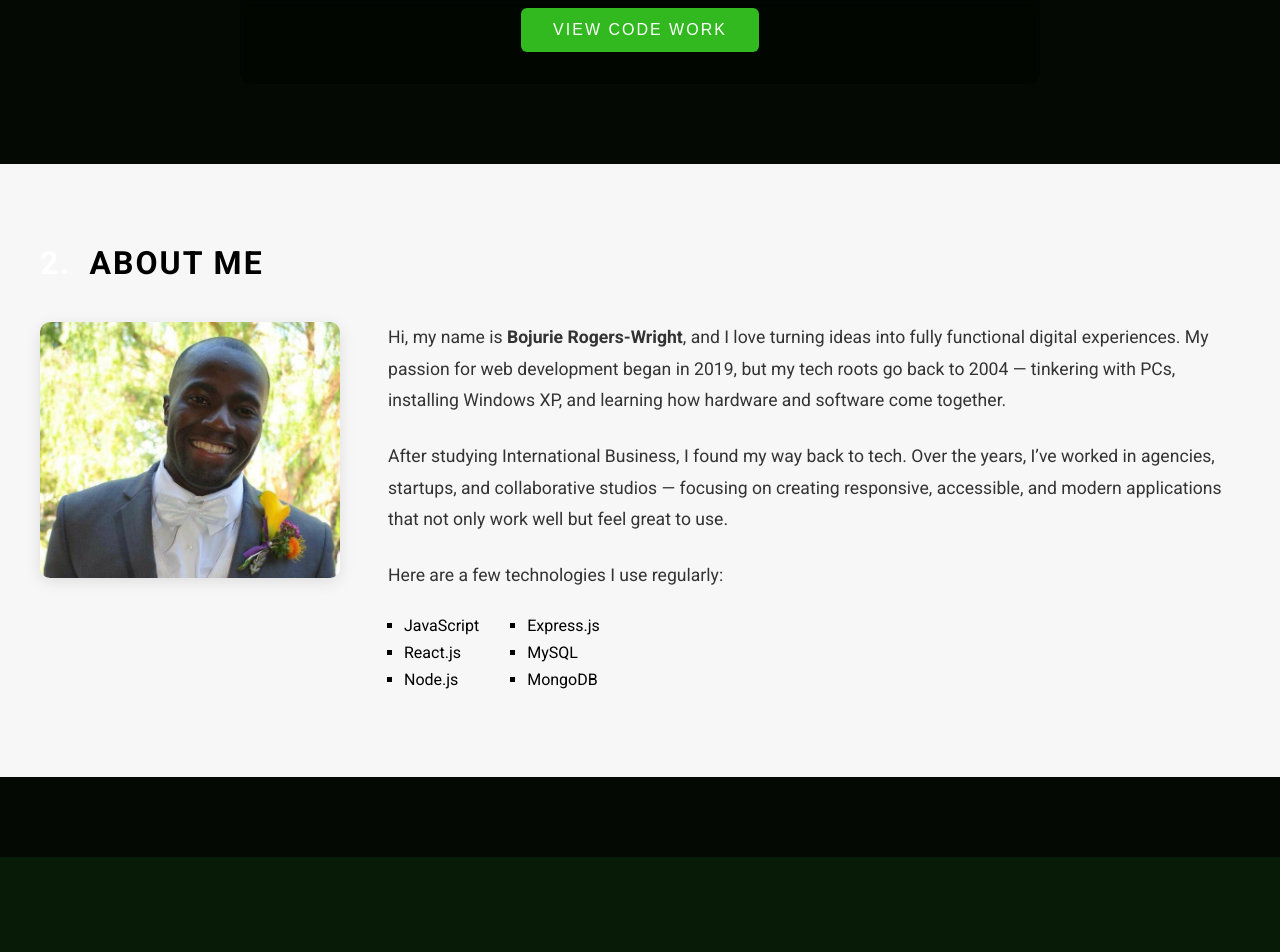
Repository: Bojurie/Portfolio_2022
Page: /
An editor plug-in stored every save of this project. The page is shown before and after the next save, followed by the edit.
The browser window is 1280 px wide. The pictures show the part of the page from y = 346 to 1298 px (the page is 3229 px tall before and 3399 px after).
Pictures or frames that could not be fetched are drawn as grey boxes. The project was rebuilt for these pictures with package versions that can differ from the ones it lists, and the page was loaded fresh each time. Also part of the build but not shown: src/component/pages/Resume.css, src/component/pages/Resume.js. Imported but missing from the stored project, and not drawn on this page: src/component/Resume.pdf, src/component/images/video.mp4, src/component/videos/Screen Recording 2022-04-01 at 8.22.57 PM.mov, src/component/videos/Screen Recording 2022-04-01 at 8.23.25 PM.mov, src/component/videos/Screen Recording 2022-04-01 at 8.25.20 PM.mov, src/component/videos/Screen Recording 2022-04-01 at 8.27.28 PM.mov, src/component/videos/Screen Recording 2022-04-01 at 8.28.35 PM.mov, src/component/videos/Screen Recording 2022-04-01 at 8.30.37 PM.mov and 3 more.

Above is the page before, as saved 2025-04-21 02:01:39.

### public/index.html
<!DOCTYPE html>
<html lang="en">
  <head>
    <meta charset="utf-8" />
    <link rel="icon" href="%PUBLIC_URL%/favicon.ico" />
    <meta name="viewport" content="width=device-width, initial-scale=1" />
    <meta name="theme-color" content="#000000" />
    <meta
      name="description"
      content="Web site created using create-react-app"
    />
    <link rel="apple-touch-icon" href="%PUBLIC_URL%/logo192.png" />


    <link rel="manifest" href="%PUBLIC_URL%/manifest.json" />
    <!--
      Notice the use of %PUBLIC_URL% in the tags above.
      It will be replaced with the URL of the `public` folder during the build.
      Only files inside the `public` folder can be referenced from the HTML.

      Unlike "/favicon.ico" or "favicon.ico", "%PUBLIC_URL%/favicon.ico" will
      work correctly both with client-side routing and a non-root public URL.
      Learn how to configure a non-root public URL by running `npm run build`.
    -->
    <title>Bojurie Rogers-Wright | | Tech</title>
     <link rel="shortcut icon" href="%PUBLIC_URL%/favicon.ico">
    <link rel="apple-touch-icon" sizes="180x180" href="/apple-touch-icon.png">
    <link rel="icon" type="image/png" sizes="32x32" href="/favicon-32x32.png">
    <link rel="icon" type="image/png" sizes="16x16" href="/favicon-16x16.png">
    <link rel="manifest" href="/site.webmanifest">


    <link rel="preconnect" href="https://fonts.googleapis.com">
    <link rel="preconnect" href="https://fonts.gstatic.com" crossorigin>
    <link href="https://fonts.googleapis.com/css2?family=Montserrat:ital,wght@0,100;0,200;0,300;0,400;0,500;0,600;0,700;0,800;0,900;1,100;1,200;1,300;1,400;1,500;1,600;1,700;1,800;1,900&family=Roboto:ital,wght@0,300;0,400;0,500;0,700;1,300&display=swap" rel="stylesheet">
  </head>
  <body>
    <noscript>You need to enable JavaScript to run this app.</noscript>
    <div id="root"></div>

   <script>

   </script>
  </body>
</html>

### src/index.js
import React from 'react';
import ReactDOM from 'react-dom';
import App from './App'

ReactDOM.render(
  <React.StrictMode>
      <App />
  </React.StrictMode>,
  document.getElementById("root"))

### src/component/pages/Home.js
import React from "react";
import Hero from "../Hero";
import About from "./About";
import Project from "./Project";
import Contact from "./Contact";
import "./Home.css";

const Home = () => {
  return (
    <main className="home">
      <Hero />
      <About />
      <Project />
      <Contact />
    </main>
  );
};

export default Home;

### src/component/pages/About.js
import React from "react";
import "./About.css";
import image from "../images/IMG_0699-2.jpg";

const About = () => {
  return (
    <section className="about-section">
      <div className="about-container">
        <h1 className="about-title">
          <span className="highlighted">2.</span> About Me
        </h1>

        <div className="about-content">
          <div className="about-image">
            <img src={image} alt="Bojurie Rogers-Wright profile" />
          </div>

          <div className="about-text">
            <p>
              Hi, my name is <strong>Bojurie Rogers-Wright</strong>, and I love
              turning ideas into fully functional digital experiences. My
              passion for web development began in 2019, but my tech roots go
              back to 2004 — tinkering with PCs, installing Windows XP, and
              learning how hardware and software come together.
            </p>

            <p>
              After studying International Business, I found my way back to
              tech. Over the years, I’ve worked in agencies, startups, and
              collaborative studios — focusing on creating responsive,
              accessible, and modern applications that not only work well but
              feel great to use.
            </p>

            <p>Here are a few technologies I use regularly:</p>

            <div className="about-skills">
              <ul>
                <li>JavaScript</li>
                <li>React.js</li>
                <li>Node.js</li>
              </ul>
              <ul>
                <li>Express.js</li>
                <li>MySQL</li>
                <li>MongoDB</li>
              </ul>
            </div>
          </div>
        </div>
      </div>
    </section>
  );
};

export default About;

### src/component/Header.js
import React from "react";
import Navbar from "./Navbar";
import "./Header.css";

const Header = () => {
  return (
    <header className="header">
      <Navbar />
    </header>
  );
};

export default Header;

### src/component/pages/Footer.js
import React from 'react'
// import Copyright from '../../Copyright';
import SocialFollow from '../../SocialFollow';

import './Footer.css'

const Footer = () => {
  return (
    <>
      <div className='footer'>
        <div className='container'>
          <div className='footer-wrapper'>
              <div>
                <SocialFollow />
              </div>
              {/* <Copyright /> */}
          </div>
        </div>
      </div>
    </>
  )
}

export default Footer

### src/App.css
* {
  margin: 0;
  padding: 0;
  box-sizing: border-box;
}

body {
  font-family: 'Roboto', sans-serif;
  background-color: rgb(4, 10, 3);
}

.container {
  padding: 0 60px;
}

h1 {
  text-transform: uppercase;
  letter-spacing: 2px;
  font-size: 30px;
  text-align: center;
}

/* hr {
  width: 140px;
  background-color: black;
} */

.navBar {
  position: relative;
}

.navBar button {
  position: fixed;
  left: 40px;
  top: 40px;
  z-index: 10;
  cursor: pointer;
}

.menuNav {
  overflow-y: scroll;
  list-style: none;
  position: fixed;
  top: 0;
  background-image: linear-gradient(rgb(8, 27, 6), rgb(50, 185, 32));
  left: 0;
  bottom: 0;
  height: 100vh;
  width: 0;
  overflow: hidden;
  max-width: 290px;
  z-index: 9;
}

.menuNav.showMenu {
  width: 100%;
}

a {
  display: flex;
  padding: 30px;
  text-decoration: none;
  text-transform: uppercase;
  font-weight: bold;
}

.menuNav li:first-child {
  margin-top: 7rem;
}

@media screen and (max-width: 414px) {}

### src/component/Hero.js
import React from "react";
import "./Hero.css";
import backgroundVideo from "./images/video.mp4";
import Button from "./Button";

const Hero = () => {
  return (
    <section className="hero-container">
      <div className="hero-overlay">
        <video autoPlay loop muted playsInline className="hero-video">
          <source src={backgroundVideo} type="video/mp4" />
          Your browser does not support the video tag.
        </video>
      </div>

      <div className="hero-content">
        <h3>Welcome to</h3>
        <h2>Bojurie's Code</h2>
        <p>
          Creating beautiful Web and Mobile applications with different
          functionalities while keeping the code clean.
        </p>
        <Button>View Code Work</Button>
      </div>
    </section>
  );
};

export default Hero;

### src/component/pages/Home.css
.home {
  scroll-behavior: smooth;
  /* background-color: #fff; */
  color: #000;
}

section {
  margin-bottom: 5rem;
}

@media screen and (max-width: 768px) {
  section {
    margin-bottom: 3rem;
  }
}

### src/component/pages/About.css
.about-section {
  background-color: #f7f7f7;
  padding: 5rem 2rem;
}

.about-container {
  max-width: 1200px;
  margin: 0 auto;
}

.about-title {
  font-size: 2rem;
  font-weight: bold;
  margin-bottom: 2.5rem;
  text-align: left;
}

.highlighted {
  color: #32b920;
  margin-right: 0.5rem;
}

.about-content {
  display: flex;
  align-items: flex-start;
  gap: 3rem;
  flex-wrap: wrap;
}

.about-image img {
  max-width: 300px;
  border-radius: 10px;
  object-fit: cover;
  box-shadow: 0 4px 16px rgba(0, 0, 0, 0.1);
}

.about-text {
  flex: 1;
  min-width: 280px;
}

.about-text p {
  font-size: 1.1rem;
  line-height: 1.8;
  margin-bottom: 1.5rem;
  color: #333;
}

.about-skills {
  display: flex;
  gap: 2rem;
  margin-top: 1rem;
}

.about-skills ul {
  list-style-type: square;
  padding-left: 1rem;
}

.about-skills li {
  font-size: 1rem;
  margin-bottom: 0.5rem;
}

/* Responsive */
@media screen and (max-width: 768px) {
  .about-content {
    flex-direction: column;
    align-items: center;
  }

  .about-image img {
    max-width: 100%;
  }

  .about-title {
    text-align: center;
  }

  .about-text {
    text-align: center;
  }

  .about-skills {
    justify-content: center;
  }
}

### src/component/pages/Project.css
/* Reset */
* {
  box-sizing: border-box;
  margin: 0;
  padding: 0;
}

.project {
  padding: 100px 40px;
  background-color: #081b06;
  color: white;
}

.container {
  max-width: 1440px;
  margin: 0 auto;
}

.project-heading {
  font-size: 2.5rem;
  text-align: center;
  margin-bottom: 4rem;
  text-transform: uppercase;
  letter-spacing: 2px;
  color: #32b920;
}

.highlighted {
  color: white;
  margin-right: 0.5rem;
}

.project-grid {
  display: grid;
  grid-template-columns: repeat(auto-fit, minmax(320px, 1fr));
  gap: 2rem;
  padding: 0 20px;
}

.project-box {
  position: relative;
  width: 100%;
  aspect-ratio: 16 / 9;
  overflow: hidden;
  border-radius: 16px;
  border: 1px solid rgba(255, 255, 255, 0.1);
  background-color: #000;
  cursor: pointer;
  transition: transform 0.3s ease, box-shadow 0.3s ease;
}

.project-box:hover {
  transform: scale(1.03);
  box-shadow: 0 0 15px rgba(50, 185, 32, 0.2);
}

.project-img {
  width: 100%;
  height: 100%;
  object-fit: cover;
  display: none;
}

.project-video {
  width: 100%;
  height: 100%;
  object-fit: cover;
  display: block;
  transition: filter 0.3s ease;
  border-radius: 16px;
}

.project-box:hover .project-video {
  filter: brightness(1.05);
}

/* Tablet */
@media screen and (max-width: 992px) {
  .project-heading {
    font-size: 2rem;
  }

  .project-grid {
    gap: 1.5rem;
  }
}

/* Mobile */
@media screen and (max-width: 576px) {
  .project {
    padding: 60px 20px;
  }

  .project-heading {
    font-size: 1.6rem;
    margin-bottom: 2.5rem;
  }

  .project-grid {
    padding: 0;
  }

  .project-box {
    aspect-ratio: 4 / 3;
  }
}

### src/component/Button.js
import React from 'react'
import './Button.css';

const Button = ({children,type, onClick}) => {
  return (
    <div className='button'>
        <button onClick={onClick} type={type}>
          {children}
        </button>
    </div>
  )
}

export default Button

### src/component/pages/Contact.css
.contact {
  background-color: rgb(50, 185, 32);
  padding: 100px;
}

.contact-header h1 {
  text-align: left;
}

.message-wrapper {
  text-align: center;
}

span {
  /* color: red; */
  margin: auto;
}

/* .form-field-button {
  display: flex;
} */

.message-heading h2 {
  font-size: 60px;
  padding: 80px 0 25px;
}

.message-heading p {
  font-size: 1.3rem;
  line-height: 2em;
}

.form-info-top {
  display: flex;
  justify-content: space-around;


}

.name {
  display: flex;
  padding: 30px 0;
}

.name label {
  text-align: center;
  margin: auto;
  padding: 0 10px;
}

.name input {
  width: 300px;
}

/* input textarea {
  background-color: rgb(50, 185, 32);
  border-bottom: 1px solid black;
} */

.name input {
  padding: 13px;
  /* text-align: left; */
  background-color: rgb(50, 185, 32);
  border: 1px solid rgb(50, 185, 32);
  border-bottom: 1px solid rgb(2, 5, 1);
  ;


}

.email {
  display: flex;
  padding: 30px 0;

}

.email label {
  text-align: left;
  margin: auto;
  padding: 0 10px;

}

.email input {
  background-color: rgb(50, 185, 32);
  border: 1px solid rgb(50, 185, 32);
  border-bottom: 1px solid rgb(2, 5, 1);
  width: 300px;
}

.message {
  display: flex;
  text-align: left;
  padding: 45px 0;
  justify-content: center;
}

.message label {
  padding: 0 10px;
  display: flex;
  align-items: center;
}

.message textarea {
  height: 4rem;
  font-size: 20px;
  padding: 5px;
  background-color: rgb(50, 185, 32);
  border: 1px solid rgb(50, 185, 32);
  border-bottom: 1px solid black;
  color: black;
  width: 800px;

}

@media screen and (max-width: 820px) {
  .message-heading h2 {
    font-size: 45px;
  }
}




@media screen and (max-width: 414px) {
  .form {
    /* display: flex; */
    justify-content: center;
  }

  .contact {
    padding: 50px;
  }

  .form-info-top {
    display: grid;
    justify-content: flex-start;
  }

  .name {
    display: grid;
  }

  input {
    width: 25;
  }

  .email {
    display: grid;
  }

  /* .email input {
    width: auto;
  } */

  .message {
    display: grid;
  }

  .message textarea {
    width: 300px;
    height: 150px;
  }

  .message-heading h2 {
    font-size: 19px;
    text-transform: uppercase;
  }

  .message-heading p {
    font-size: 17px;
  }

  .name label {
    display: grid;
    text-align: center;
  }

  .name input {
    display: grid;
    /* text-align: center; */
  }

  .email label {
    display: grid;
    text-align: center;
  }

  .email input {
    display: grid;
    /* text-align: center; */
  }

  .message label {
    display: grid;
    text-align: center;
  }



  .form-info {
    display: flex;
    flex-direction: column;
    gap: 0;
    align-items: center;
  }

  input {
    padding: 12px 0;
  }

}

### src/component/Header.css
.header {
  width: 100%;
  background-color: #000;
  padding: 10px 0;
  z-index: 1000;
  position: relative;
}

### src/SocialFollow.js
import React from "react";
import { FontAwesomeIcon } from "@fortawesome/react-fontawesome";
import {
  faFacebook,
  faInstagram,
  faGithub,
  faLinkedinIn
} from "@fortawesome/free-brands-svg-icons";
import './SocialFollow.css';

const SocialFollow = () => {
  return (
    <div class="social-container">
      <h3>Social Follow</h3>
      <a href="https://www.linkedin.com/in/bojurie-rogers-wright/"
        className="linkedin social" target='_blank' rel="noopener noreferrer">
        <FontAwesomeIcon icon={faLinkedinIn} size="2x" />
      </a>

       <a href="https://www.facebook.com/bojurie.rogers/"
        className="facebook social" target='_blank' rel="noopener noreferrer">
        <FontAwesomeIcon icon={faFacebook} size="2x" />
      </a>

      {/* <a href="https://www.twitter.com/jamesqquick" className="twitter social" target='_blank' rel="noopener noreferrer">
        <FontAwesomeIcon icon={faTwitter} size="2x" />
      </a> */}

      <a href="https://www.instagram.com/bwrightcodes/"
        className="instagram social" target='_blank' rel="noopener noreferrer">
        <FontAwesomeIcon icon={faInstagram} size="2x" />
      </a>
      <a href="https://github.com/Bojurie"
        className="github social" target='_blank' rel="noopener noreferrer">
        <FontAwesomeIcon icon={faGithub} size="2x" />
      </a>

    </div>
  );
}
export default SocialFollow;

### src/component/pages/Footer.css
.footer {
  background-color: rgba(18, 51, 15, 0.89);
  height: auto;
  text-align: center;
}

@media screen and (max-width: 414px) {}

### src/component/Hero.css
.hero-container {
  position: relative;
  width: 100%;
  /* height: 100vh; */
  display: flex;
  align-items: center;
  justify-content: center;
  overflow: hidden;
  color: white;
}

.hero-overlay {
  position: absolute;
  top: 0;
  left: 0;
  width: 100%;
  height: 100%;
  z-index: -1;
}

.hero-video {
  width: 100%;
  height: 100%;
  object-fit: cover;
  filter: brightness(0.5);
}

.hero-content {
  z-index: 1;
  max-width: 800px;
  padding: 2rem;
  text-align: center;
  background: rgba(0, 0, 0, 0.4);
  backdrop-filter: blur(6px);
  border-radius: 12px;
  animation: fadeIn 1.2s ease-in-out;
}

.hero-content h3 {
  font-size: 1.5rem;
  letter-spacing: 2px;
  margin-bottom: 0.5rem;
}

.hero-content h2 {
  font-size: 3rem;
  font-family: "Roboto", sans-serif;
  font-weight: 600;
  letter-spacing: 3px;
  margin-bottom: 1rem;
}

.hero-content p {
  font-size: 1.2rem;
  line-height: 1.6;
  margin-bottom: 2rem;
}

.hero-content button {
  padding: 0.8rem 2rem;
  font-size: 1rem;
  background-color: #32b920;
  color: white;
  border: none;
  border-radius: 6px;
  cursor: pointer;
  transition: all 0.3s ease;
}

.hero-content button:hover {
  background-color: #2a9f1a;
  transform: scale(1.05);
}

/* Animations */
@keyframes fadeIn {
  0% {
    opacity: 0;
    transform: translateY(30px);
  }
  100% {
    opacity: 1;
    transform: translateY(0);
  }
}

/* Tablet */
@media screen and (max-width: 768px) {
  .hero-content h2 {
    font-size: 2.2rem;
  }

  .hero-content p {
    font-size: 1.1rem;
  }

  .hero-content {
    padding: 1.5rem;
  }
}

/* Mobile */
@media screen and (max-width: 480px) {
  .hero-content h2 {
    font-size: 1.6rem;
  }

  .hero-content h3 {
    font-size: 1rem;
  }

  .hero-content p {
    font-size: 1rem;
  }

  .hero-content {
    width: 90%;
    padding: 1rem;
  }
}

### src/component/Button.css
button {
  padding: 15px 40px;
  font-size: 15px;
  border-radius: 10px;
  background-color: rgb(8, 27, 6);
  color: rgb(50, 185, 32);
  letter-spacing: 2px;
  text-transform: uppercase;
  border: 1px solid rgb(152, 207, 233);
}


@media screen and (max-width: 414px) {
  button {
    padding: 10px 20px;
    font-size: 13px;
  }
}

### src/component/Navbar.css
.Navbar {
  display: flex;
  justify-content: space-between;
  align-items: center;
  padding: 0 2rem;
  height: 100px;
  color: white;
  position: relative;
  background-color: #000;
}

.logo a {
  color: white;
  text-decoration: none;
  font-size: 1.8rem;
  font-weight: bold;
}

.menu-toggle {
  background: none;
  border: none;
  color: white;
  font-size: 2rem;
  cursor: pointer;
  display: none;
}

/* Desktop Menu */
.nav-links-desktop {
  display: flex;
  gap: 2rem;
  list-style: none;
}

.nav-links-desktop li a {
  text-decoration: none;
  color: white;
  font-weight: 600;
  font-size: 1rem;
  transition: color 0.3s ease;
}

.nav-links-desktop li a:hover {
  color: #32b920;
}

.resume a {
  border: 1px solid white;
  padding: 6px 12px;
  border-radius: 4px;
}

/* Mobile Menu */
.nav-links-mobile {
  list-style: none;
  display: flex;
  flex-direction: column;
  position: absolute;
  top: 100px;
  left: 0;
  width: 100%;
  background-color: #000;
  overflow: hidden;
  z-index: 10;
  padding: 1rem 0;
}

.nav-links-mobile li {
  padding: 1rem;
  text-align: center;
}

.nav-links-mobile li a {
  color: white;
  text-decoration: none;
  font-size: 1.2rem;
  font-weight: 500;
}

.nav-links-mobile li a:hover {
  color: #32b920;
}

/* Show Toggle & Hide Desktop Links on Mobile */
@media screen and (max-width: 768px) {
  .menu-toggle {
    display: block;
  }

  .nav-links-desktop {
    display: none;
  }
}

### src/SocialFollow.css
.social-container {
  padding: 25px 50px;
}

.social-container h3 {
  padding: 5px 0 15px;
  color: rgb(50, 185, 32);

}

a.social {
  margin: 0 1rem;
  transition: transform 250ms;
  display: inline-block;
}

a.social:hover {
  transform: translateY(-2px);
  color: white;
}


.social {
  color: rgb(50, 185, 32);
  width: 60px;
  height: auto;
}

@media screen and (max-width: 414px) {
  a.social {
    font-size: 14px;
    margin: 0;
  }

  .social-container {
    padding: 20px 0;
  }
}

Loaded but not shown: src/component/Navbar.js (93 lines, source omitted); src/component/pages/Project.js (72 lines, source omitted); src/App.js (89 lines, source omitted); src/component/pages/Contact.js (81 lines, source omitted)

After the next save:
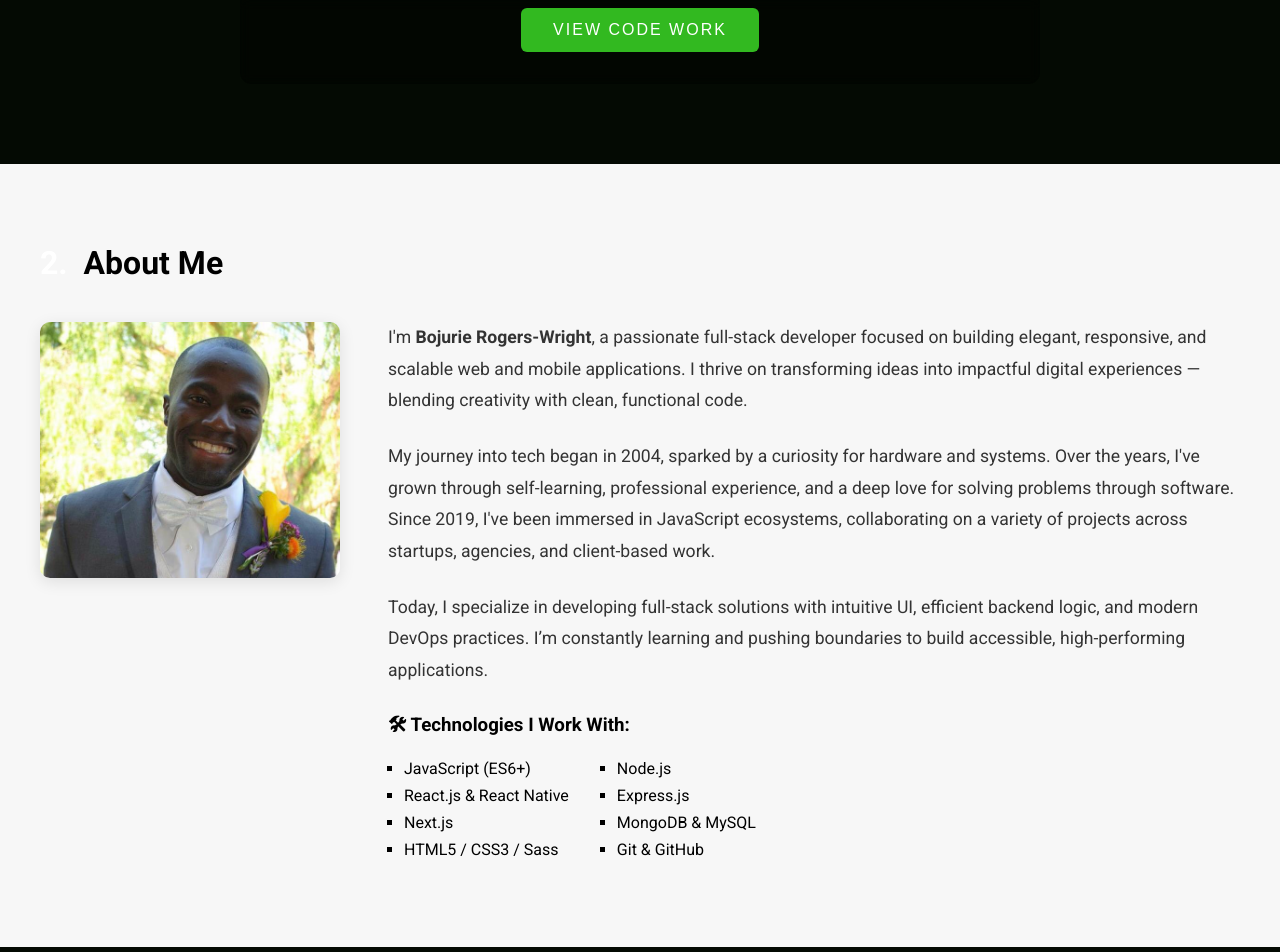
Saved 2 min 15 s later.
--- a/src/component/pages/About.js
+++ b/src/component/pages/About.js
@@ -4,46 +4,56 @@ import image from "../images/IMG_0699-2.jpg";
 
 const About = () => {
   return (
-    <section className="about-section">
+    <section className="about-section" id="about">
       <div className="about-container">
-        <h1 className="about-title">
+        <h2 className="about-title">
           <span className="highlighted">2.</span> About Me
-        </h1>
+        </h2>
 
         <div className="about-content">
           <div className="about-image">
-            <img src={image} alt="Bojurie Rogers-Wright profile" />
+            <img src={image} alt="Bojurie Rogers-Wright" />
           </div>
 
           <div className="about-text">
             <p>
-              Hi, my name is <strong>Bojurie Rogers-Wright</strong>, and I love
-              turning ideas into fully functional digital experiences. My
-              passion for web development began in 2019, but my tech roots go
-              back to 2004 — tinkering with PCs, installing Windows XP, and
-              learning how hardware and software come together.
+              I'm <strong>Bojurie Rogers-Wright</strong>, a passionate
+              full-stack developer focused on building elegant, responsive, and
+              scalable web and mobile applications. I thrive on transforming
+              ideas into impactful digital experiences — blending creativity
+              with clean, functional code.
             </p>
 
             <p>
-              After studying International Business, I found my way back to
-              tech. Over the years, I’ve worked in agencies, startups, and
-              collaborative studios — focusing on creating responsive,
-              accessible, and modern applications that not only work well but
-              feel great to use.
+              My journey into tech began in 2004, sparked by a curiosity for
+              hardware and systems. Over the years, I've grown through
+              self-learning, professional experience, and a deep love for
+              solving problems through software. Since 2019, I've been immersed
+              in JavaScript ecosystems, collaborating on a variety of projects
+              across startups, agencies, and client-based work.
             </p>
 
-            <p>Here are a few technologies I use regularly:</p>
+            <p>
+              Today, I specialize in developing full-stack solutions with
+              intuitive UI, efficient backend logic, and modern DevOps
+              practices. I’m constantly learning and pushing boundaries to build
+              accessible, high-performing applications.
+            </p>
+
+            <h3 className="skills-heading">🛠 Technologies I Work With:</h3>
 
             <div className="about-skills">
               <ul>
-                <li>JavaScript</li>
-                <li>React.js</li>
-                <li>Node.js</li>
+                <li>JavaScript (ES6+)</li>
+                <li>React.js & React Native</li>
+                <li>Next.js</li>
+                <li>HTML5 / CSS3 / Sass</li>
               </ul>
               <ul>
+                <li>Node.js</li>
                 <li>Express.js</li>
-                <li>MySQL</li>
-                <li>MongoDB</li>
+                <li>MongoDB & MySQL</li>
+                <li>Git & GitHub</li>
               </ul>
             </div>
           </div>
